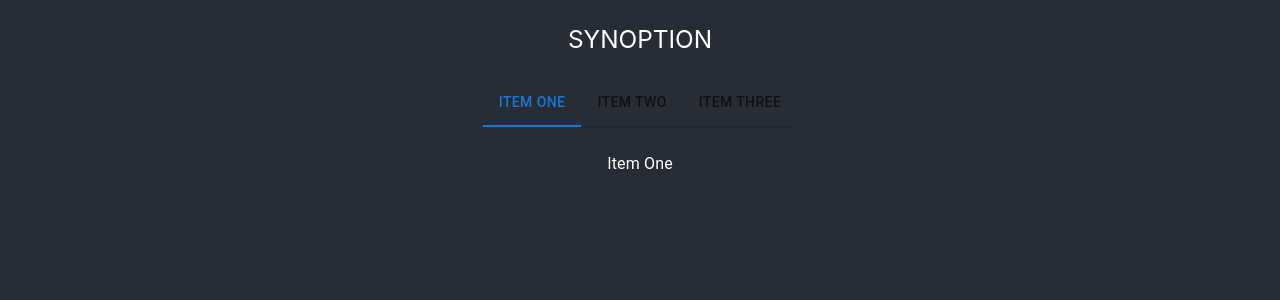
Repository: Kanika-tech/project-demo
Page: /
The author's editor kept a copy of each file at every save. The page is drawn from the files as they stood at one save, then again after the next save.
The browser window is 1280 px wide. The pictures show the whole page.
The project was rebuilt for these pictures with package versions that can differ from the ones it lists, and the page was loaded fresh each time.

Above is the page before, as saved 2021-12-11 21:11:01.

### src/App.js
import logo from './logo.svg';
import './App.css';
import Dashboard from './containers/Dashboard';

function App() {
  return (
    <div className="App App-header">
      <header className="">
        {/* <img src={logo} className="App-logo" alt="logo" /> */}
        <p>
         SYNOPTION
        </p>
        {/* <a
          className="App-link"
          href="https://reactjs.org"
          target="_blank"
          rel="noopener noreferrer"
        >
          Hello kanika, you are awesome
        </a> */}
      </header>
      <div>
        <Dashboard/>
      </div>
    </div>
  );
}

export default App;

### src/containers/Dashboard.jsx
import * as React from 'react';
import BasicTabs from '../components/BasicTabs';


export default function Dashboard() {
  return (
    <BasicTabs/>
  );
}

### src/components/BasicTabs.jsx
import * as React from 'react';
import PropTypes from 'prop-types';
import Tabs from '@mui/material/Tabs';
import Tab from '@mui/material/Tab';
import Typography from '@mui/material/Typography';
import Box from '@mui/material/Box';

function TabPanel(props) {
  const { children, value, index, ...other } = props;

  return (
    <div
      role="tabpanel"
      hidden={value !== index}
      id={`simple-tabpanel-${index}`}
      aria-labelledby={`simple-tab-${index}`}
      {...other}
    >
      {value === index && (
        <Box sx={{ p: 3 }}>
          <Typography>{children}</Typography>
        </Box>
      )}
    </div>
  );
}

TabPanel.propTypes = {
  children: PropTypes.node,
  index: PropTypes.number.isRequired,
  value: PropTypes.number.isRequired,
};

function a11yProps(index) {
  return {
    id: `simple-tab-${index}`,
    'aria-controls': `simple-tabpanel-${index}`,
  };
}

export default function BasicTabs() {
  const [value, setValue] = React.useState(0);

  const handleChange = (event, newValue) => {
    setValue(newValue);
  };

  return (
    <Box sx={{ width: '100%' }}>
      <Box sx={{ borderBottom: 1, borderColor: 'divider' }}>
        <Tabs value={value} onChange={handleChange} aria-label="basic tabs example">
          <Tab label="Item One" {...a11yProps(0)} />
          <Tab label="Item Two" {...a11yProps(1)} />
          <Tab label="Item Three" {...a11yProps(2)} />
        </Tabs>
      </Box>
      <TabPanel value={value} index={0}>
        Item One
      </TabPanel>
      <TabPanel value={value} index={1}>
        Item Two
      </TabPanel>
      <TabPanel value={value} index={2}>
        Item Three
      </TabPanel>
      <TabPanel value={value} index={3}>
        Item Three
      </TabPanel>
      <TabPanel value={value} index={4}>
        Item Three
      </TabPanel>
    </Box>
  );
}

Loaded but not shown: public/index.html (common file); src/index.js (common file); src/index.css (common file); src/reportWebVitals.js (common file); src/App.css (common file)

After the next save:
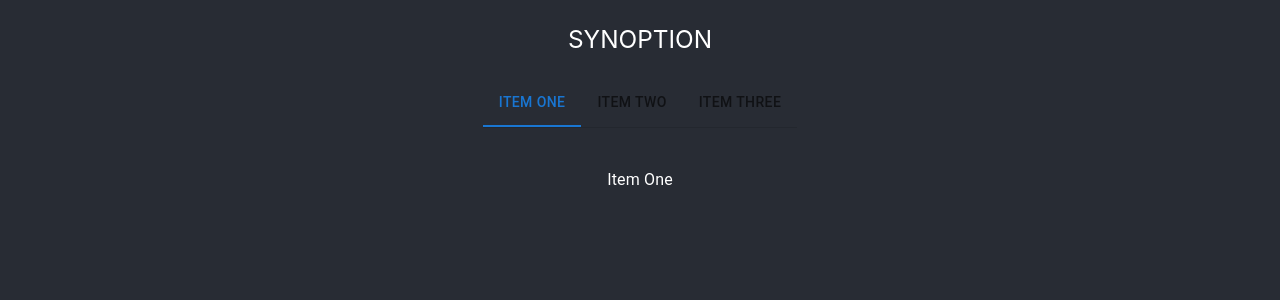
Saved 16 s later.
--- a/src/components/BasicTabs.jsx
+++ b/src/components/BasicTabs.jsx
@@ -17,7 +17,7 @@
       {...other}
     >
       {value === index && (
-        <Box sx={{ p: 3 }}>
+        <Box sx={{ p: 5 }}>
           <Typography>{children}</Typography>
         </Box>
       )}

After the save that followed:
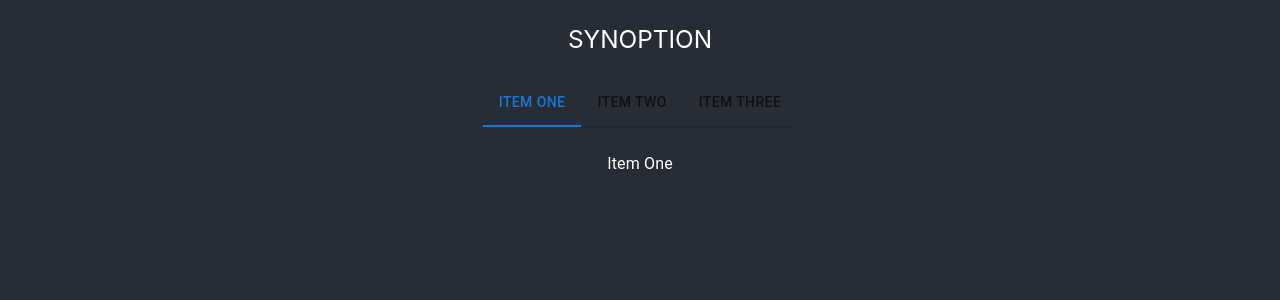
Saved 17 s later.
--- a/src/components/BasicTabs.jsx
+++ b/src/components/BasicTabs.jsx
@@ -17,7 +17,7 @@
       {...other}
     >
       {value === index && (
-        <Box sx={{ p: 5 }}>
+        <Box sx={{ p: 3 }}>
           <Typography>{children}</Typography>
         </Box>
       )}
